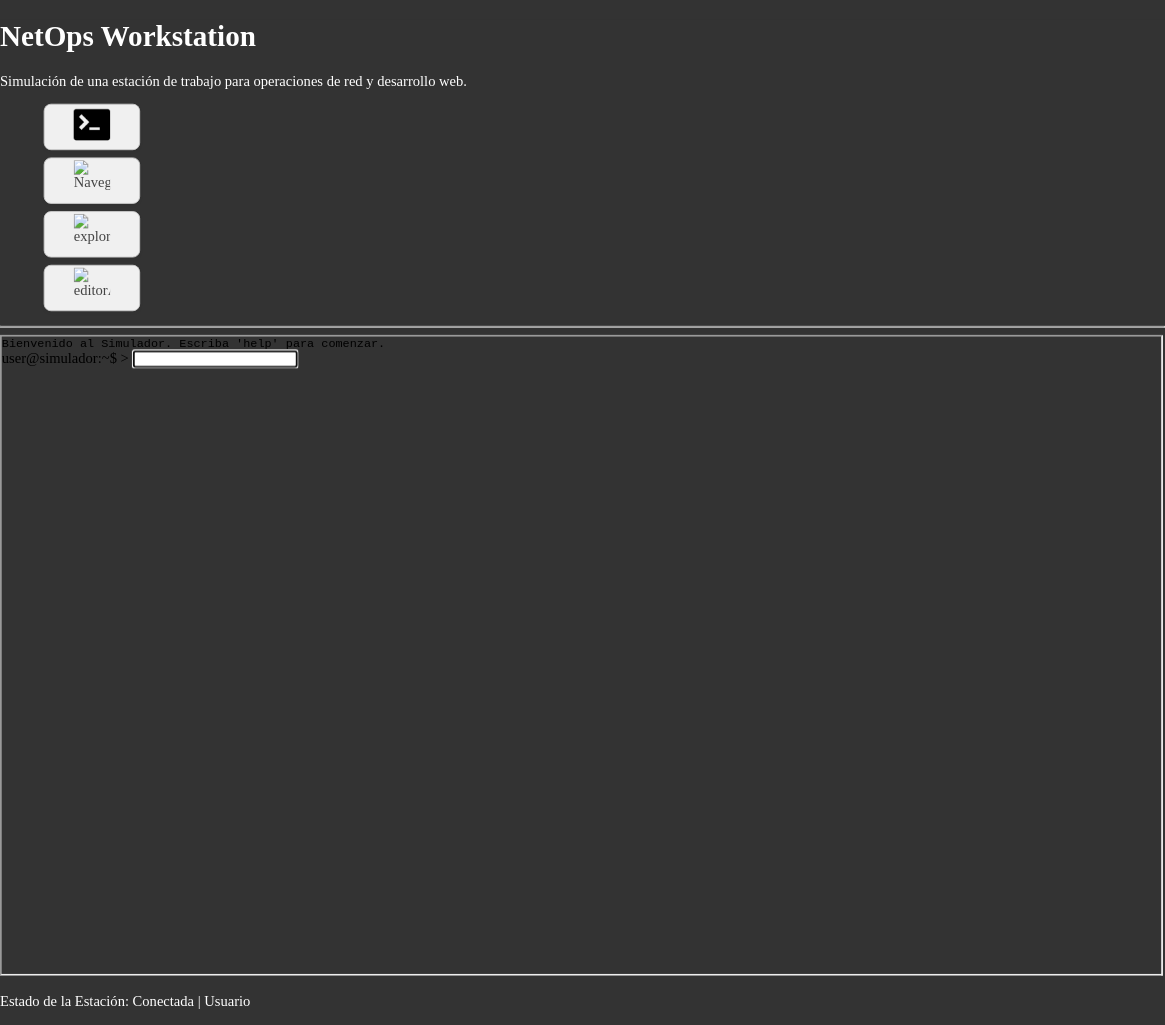
Repository: ValdezGalia/ProgramacionWebUcab
Page: lan-01.html
These files come from the project's save history. The page is drawn as it stood at one moment and after the next save; the edit follows.
The browser window is 1280 px wide. The pictures show the whole page, at 91% of full size.

Above is the page before, as saved 2025-11-13 16:27:11.

### lan-01.html
<!DOCTYPE html>
<html lang="es">

<head>
    <meta charset="UTF-8">
    <meta name="viewport" content="width=device-width, initial-scale=1.0">
    <meta name="author" content="Orlando Valdez / Jenry Youssef / Oscar Torres">
    <link rel="stylesheet" href="/style/lan-01.css">
    <title>NetOps Workstation: Estación de Trabajo</title>
</head>

<body>

    <header>
        <h1>NetOps Workstation</h1>
        <p>Simulación de una estación de trabajo para operaciones de red y desarrollo web.</p>
    </header>

    <main id="workstation-container">

        <nav id="app-navigation" aria-label="Aplicaciones de la estación de trabajo">
            <ul id="app-list">
                <li><a href="#" data-tool="lineaComandos"><img src="assets/img/terminal.png" class="app-icon" alt="lineaComandos"></a></li>
                <li><a href="#" data-tool="navegador"><img src="" class="app-icon" alt="Navegador"></a></li>
                <li><a href="#" data-tool="exploradorArchivos"><img src="" class="app-icon" alt="exploradorArchivos"></a></li>
                <li><a href="#" data-tool="editorArchivo"><img src="" class="app-icon" alt="editorArchivo"></a></li>
            </ul>
        </nav>

        <hr>
        <!-- Contenedor de herramientas de forma dinamica y sostenible -->
        <section id="application-display">
            <iframe id="tool-iframe" src="pages/lineaComandos.html" sandbox="allow-scripts allow-same-origin"
                title="Aplicación interactiva" width="99.5%" height="700px"></iframe>
        </section>

    </main>

    <footer aria-label="Estado y Diagnóstico">
        <p>Estado de la Estación: Conectada | <span class="user">Usuario</span></p>
    </footer>

    <script>
        document.addEventListener('DOMContentLoaded', () => {
            const iframe = document.getElementById('tool-iframe');
            const navLinks = document.querySelectorAll('#app-list a');

            navLinks.forEach(link => {
                link.addEventListener('click', (event) => {
                    event.preventDefault();

                    const toolName = event.target.dataset.tool;
                    const newSrc = `pages/${toolName}.html`;

                    iframe.src = newSrc;

                    /*Esto aun no hace nada ya que aun no se implementa la logica que distige la clase active*/
                    navLinks.forEach(navLink => navLink.classList.remove('active'));
                    event.target.classList.add('active');
                });
            });
        });
    </script>

</body>

</html>

### style/lan-01.css
html, body{
    padding: 0;
    margin: 0;
    background-color: #333;
    color: white
}

nav ul li{
    list-style: none;
}

nav ul li a {
    display: flex;
    flex-direction: column;
    justify-content: center;
    align-items: center;

    /* Estilos visuales de App */
    text-decoration: none;
    color: #444444;
    background-color: #f0f0f0;
    padding: 2px;
    margin: 8px;
    border: 1px solid #cccccc;
    border-radius: 8px;
    box-shadow: 0 2px 4px rgba(0, 0, 0, 0.05);
    transition: all 0.2s ease;
    width: 100px;
    text-align: center;
}

/* Estilos para el Ícono (la imagen) */
nav ul li a .app-icon {
    width: 40px; /* Tamaño del icono */
    height: 40px;
    margin-bottom: 5px; /* Espacio entre el icono y la etiqueta de texto */
    /* Asegura que la imagen no tenga un borde o estilo propio que moleste */
    border: none;
}

/* Estilos para el Texto (la etiqueta) */
nav ul li a span {
    font-size: 0.85em; /* Fuente pequeña para la etiqueta */
    font-weight: 500;
    margin-top: 5px;
    color: #444444; /* Asegura el color del texto */
}

/* Interacción: Estado Hover (Al pasar el ratón) */
nav ul li a:hover {
    background-color: #e0e0e0; /* Un poco más oscuro al pasar el ratón */
    border-color: #a0a0a0;
    box-shadow: 0 4px 8px rgba(0, 0, 0, 0.1);
    transform: scale(1.02); /* Un ligero crecimiento para resaltar */
}

### pages/lineaComandos.html
<!DOCTYPE html>
<html lang="es">
<head>
    <meta charset="UTF-8">
    <meta name="viewport" content="width=device-width, initial-scale=1.0">
    <meta name="description" content="Un linea de comandos (CLI) basada en diseño de la de linux">
    <link rel="stylesheet" href="/style/commandline.css">
    <title>Linea de comandos</title>
</head>
<body>
    <div id="terminal-window">
        <pre id="terminal-output">Bienvenido al Simulador. Escriba 'help' para comenzar.</pre>

        <div id="command-line">
            <span id="prompt">user@simulador:~$ > </span>
            <input type="text" id="command-input" autofocus>
        </div>
    </div>
</body>
</html>

### style/commandline.css
* {
    margin: 0px;
    padding: 0px;
}

html, body{
    margin: 0;
    padding: 0;
    width: 100%;
    height: 100%;
    overflow: hidden;
    background-color: #333;
}

textarea{
    display: block;
    display: block;
    width: 100%;
    height: 100%;
    box-sizing: border-box;
    border: none;
    outline: none;
    resize: none;
    font-family: monospace;
    padding: 10px;
    background-color: #2036;
    color: white;
}

After the next save:
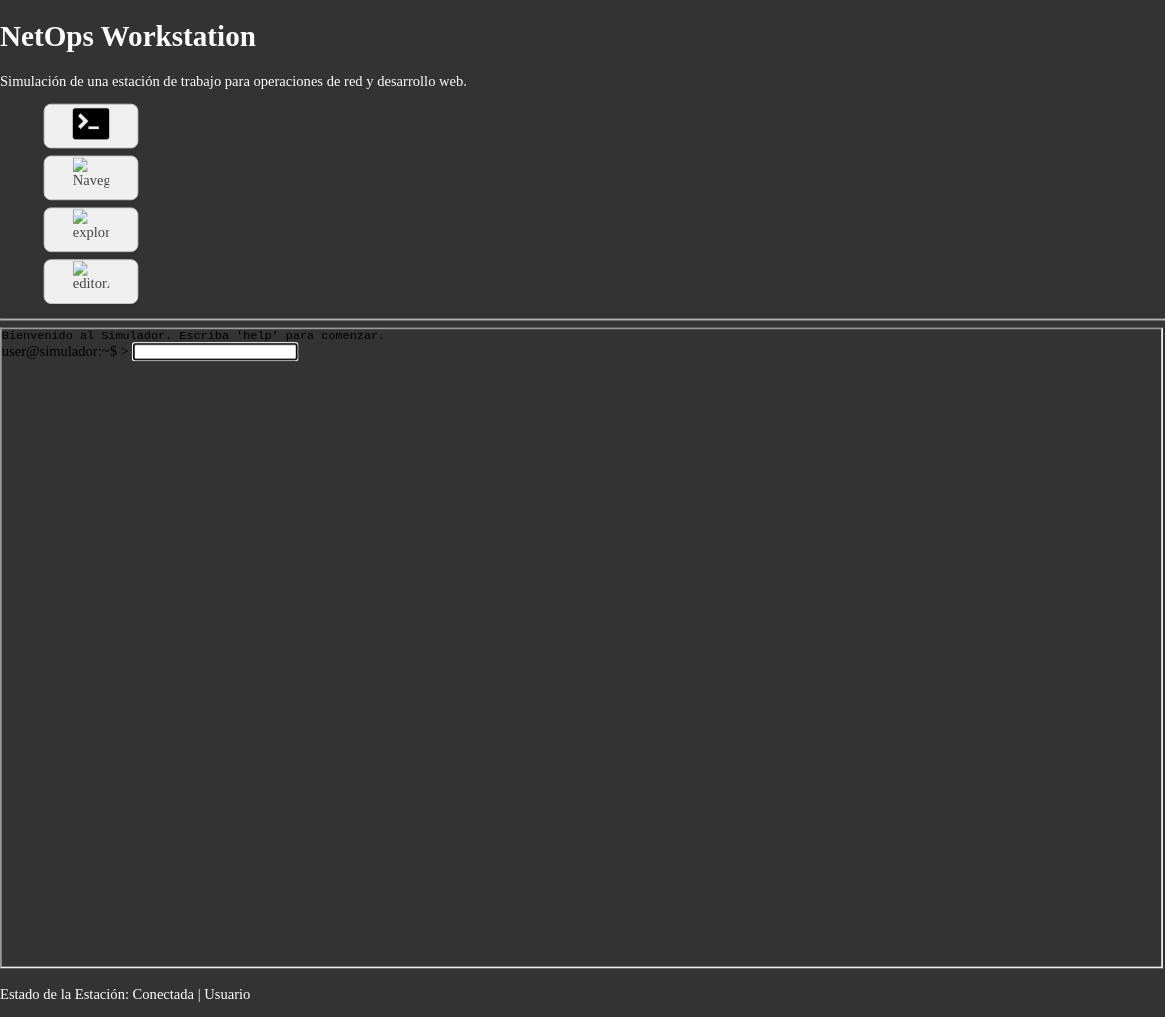
Saved 5 s later.
--- a/style/lan-01.css
+++ b/style/lan-01.css
@@ -19,7 +19,7 @@ nav ul li a {
     text-decoration: none;
     color: #444444;
     background-color: #f0f0f0;
-    padding: 2px;
+    padding: 1px;
     margin: 8px;
     border: 1px solid #cccccc;
     border-radius: 8px;
